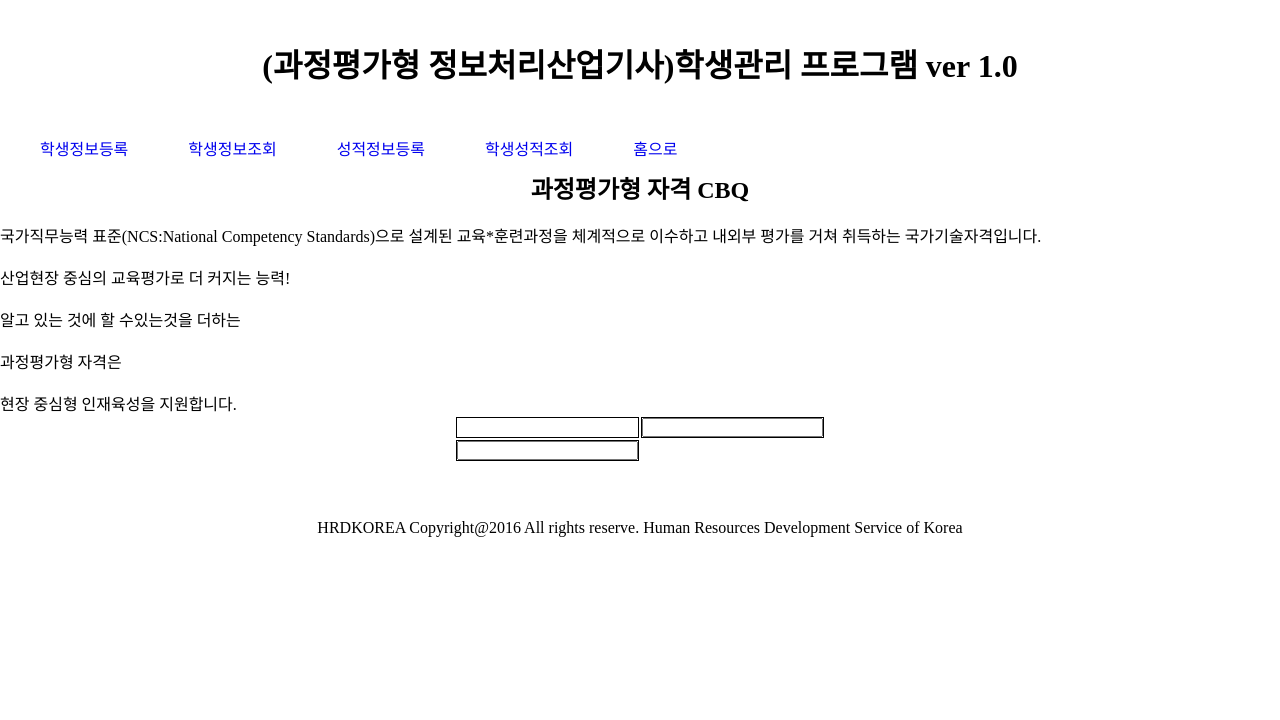
Repository: SeolhwaPark/JSL40_HRDKOREA
Page: http://localhost/HRD_0428_02/insert.jsp
An editor plug-in stored every save of this project. The page is shown before and after the next save, followed by the edit.
The browser window is 1280 px wide. The pictures show the whole page.
The page is served by Tomcat 9.

Above is the page before, as saved 2020-04-28 11:34:14.

After the next save:
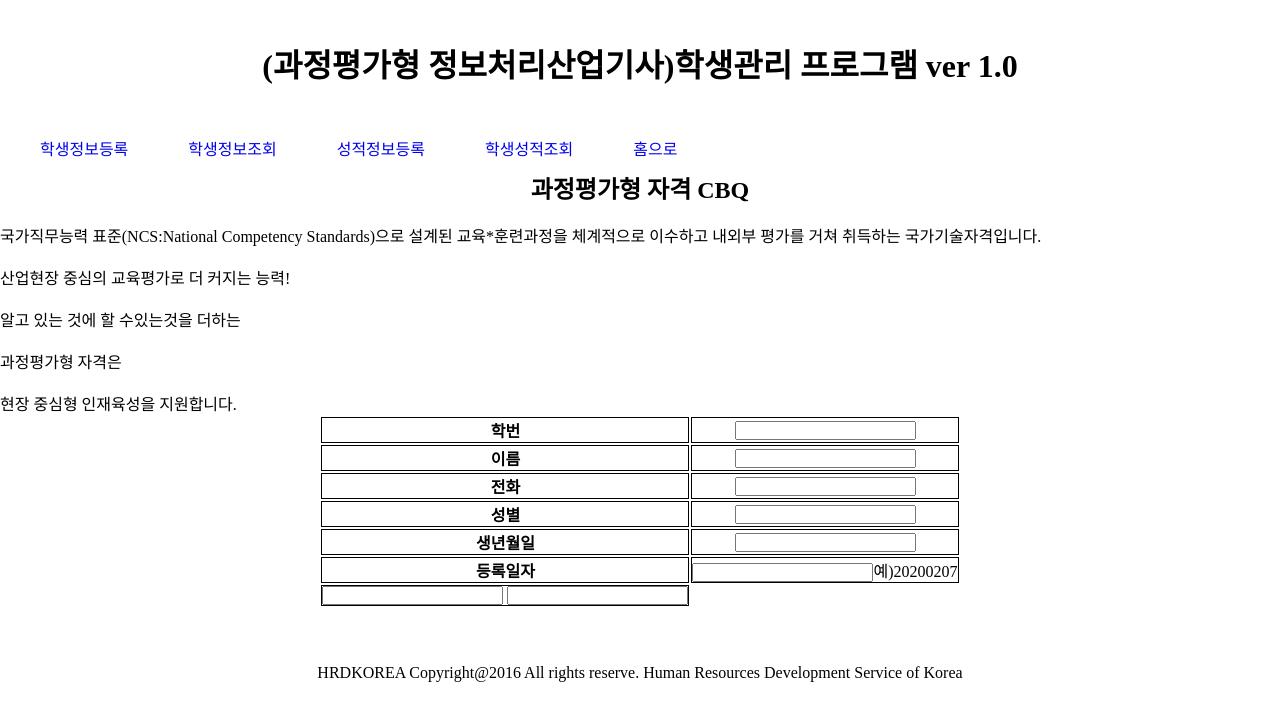
Saved 107 s later.
--- a/HRD_0428_02/WebContent/insert.jsp
+++ b/HRD_0428_02/WebContent/insert.jsp
@@ -61,12 +61,33 @@ a{padding:20px;text-decoration:none;}
 			<form name="insert" method="post" action="insert_pro.jsp">
 				<table>
 					<tr>
-						<th></th>
-						<td><input type="" name="" value=""></td>
+						<th>학번</th>
+						<td><input type="text" name="" value=""></td>
+					</tr>
+					<tr>
+						<th>이름</th>
+						<td><input type="text" name="" value=""></td>
+					</tr>
+					<tr>
+						<th>전화</th>
+						<td><input type="text" name="" value=""></td>
+					</tr>
+					<tr>
+						<th>성별</th>
+						<td><input type="text" name="" value=""></td>
+					</tr>
+					<tr>
+						<th>생년월일</th>
+						<td><input type="text" name="" value=""></td>
+					</tr>
+					<tr>
+						<th>등록일자</th>
+						<td><input type="text" name="" value="">예)20200207</td>
 					</tr>
 
 					<tr>
 						<td colspan="" class="btn_group">
+						<input type="" value="" onClick="">
 						<input type="" value="" onClick=""></td>
 					</tr>
 
